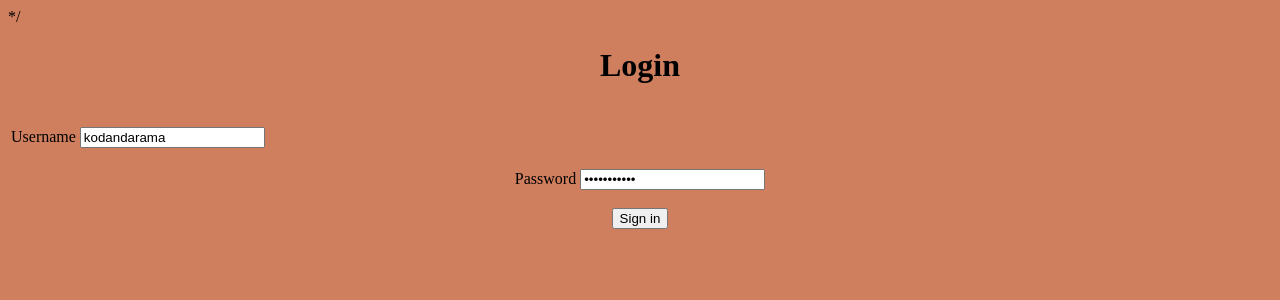
Repository: Rama-13/LaunchPadAllFiles
Page: java-workspace/FirstWebProject/WebContent/Login1.html
The author's editor kept a copy of each file at every save. The page is drawn from the files as they stood at one save, then again after the next save.
The browser window is 1280 px wide. The pictures show the whole page.

Above is the page before, as saved 2019-07-29 04:49:49.

### java-workspace/FirstWebProject/WebContent/Login1.html
<html>

<body>

<script>

    function validate()

    {

var userna = document.getElementById("username").value;

var passworda = document.getElementById("password").value;
var ErrorUsername = document.getElementById("Errorusername").value;

if (userna == "kodandarama" && passworda == "kodandarama")

{
    alert("You are logged in :" +userna);
}

else {

alert("Invalid credentials");

}
}

</script>
*/

<h1 align = "center"> Login</h1>

<body bgcolor = "#CF7F5E" text = "black">

<form action = "Welcome" align = "center">

<table> <tr><td>Username</td>

<td><input type = "text" id = "username" name = "Username" value = "kodandarama" ></td></tr><br>
<span id = "ErrorUsername"></span></table><br>
<tr><td></td><td>Password</td>

<td><input type = "password" id = "password" name = "password" value = "kodandarama" ></td></tr><br><br>

<tr><td></td><td><input type = "submit" value ="Sign in" onclick = "validate();"></td></tr>

</body>

</html>

After the next save:
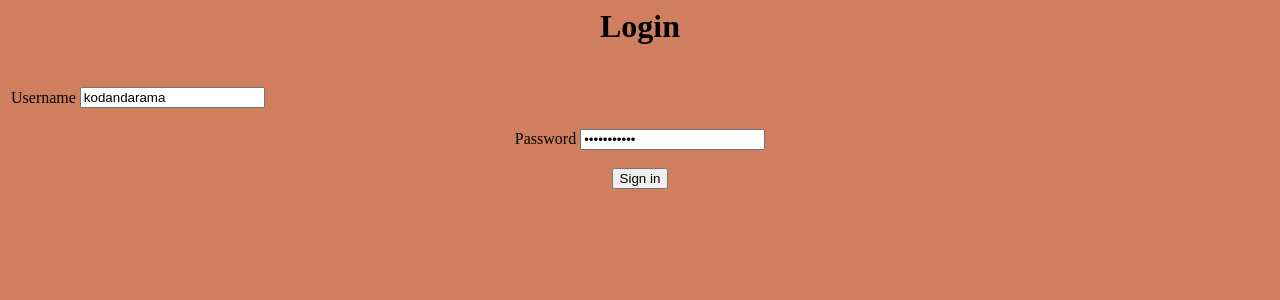
Saved 9 s later.
--- a/java-workspace/FirstWebProject/WebContent/Login1.html
+++ b/java-workspace/FirstWebProject/WebContent/Login1.html
@@ -27,7 +27,7 @@ alert("Invalid credentials");
 }
 
 </script>
-*/
+
 
 <h1 align = "center"> Login</h1>
 
